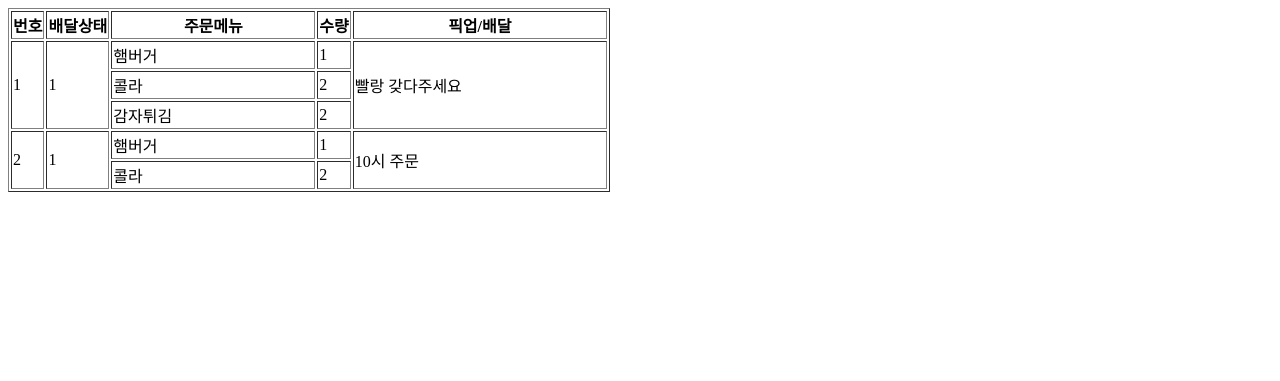
Repository: JeongminHW/Web_study
Page: HTML/myHTML/src/main/webapp/ch03/table3.html
These files come from the project's save history. The page is drawn as it stood at one moment and after the next save; the edit follows.
The browser window is 1280 px wide. The pictures show the whole page.

Above is the page before, as saved 2024-07-09 03:06:23.

### HTML/myHTML/src/main/webapp/ch03/table3.html
<!DOCTYPE html>
<html>
<head>
<meta charset="UTF-8">
<title>Insert title here</title>
</head>
<body>
	<table border="1">
		<tr>
			<th>번호</th>
			<th>배달상태</th>
			<th width=200>주문메뉴</th>
			<th>수량</th>
			<th width=250>픽업/배달</th>
		</tr>
		<tr>
			<td rowspan="3">1</td>
			<td rowspan="3">1</td>
			<td>햄버거</td>
			<td>1</td>
			<td rowspan="3">빨랑 갖다주세요</td>

			<tr>
			<td>콜라</td>
			<td>2</td>
			</tr>

			<tr>
			<td>감자튀김</td>
			<td>2</td>
			</tr>
		</tr>

		<tr>
			<td rowspan="2">2</td>
			<td rowspan="2">1</td>
			<td>햄버거</td>
			<td>1</td>
			<td rowspan="2">10시 주문</td>

			<tr>
			<td>콜라</td>
			<td>2</td>
			</tr>
		</tr>
	</table>
</body>
</html>

After the next save:
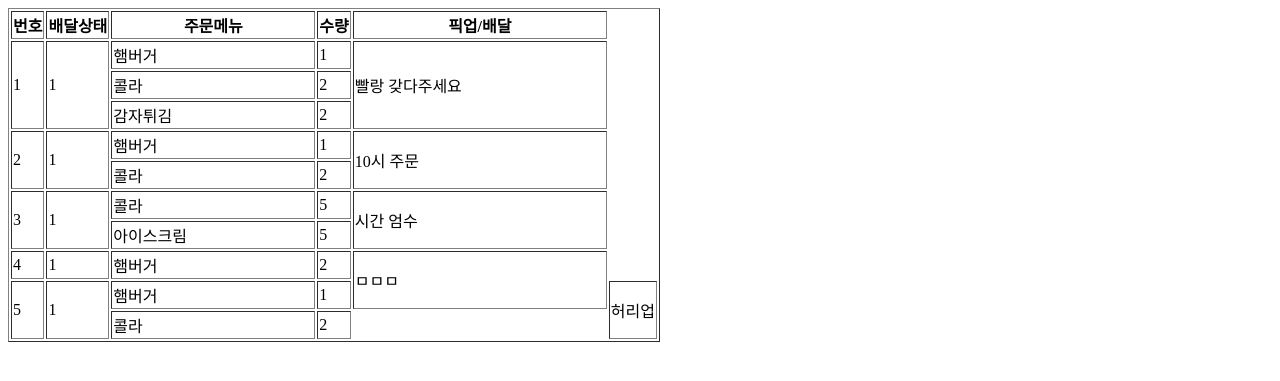
Saved 108 s later.
--- a/HTML/myHTML/src/main/webapp/ch03/table3.html
+++ b/HTML/myHTML/src/main/webapp/ch03/table3.html
@@ -43,6 +43,41 @@
 			<td>2</td>
 			</tr>
 		</tr>
+
+		<tr>
+			<td rowspan="2">3</td>
+			<td rowspan="2">1</td>
+			<td>콜라</td>
+			<td>5</td>
+			<td rowspan="2">시간 엄수</td>
+
+			<tr>
+			<td>아이스크림</td>
+			<td>5</td>
+			</tr>
+		</tr>
+
+		<tr>
+			<td >4</td>
+			<td>1</td>
+			<td>햄버거</td>
+			<td>2</td>
+			<td rowspan="2">ㅁㅁㅁ</td>
+		</tr>
+
+		<tr>
+			<td rowspan="2">5</td>
+			<td rowspan="2">1</td>
+			<td>햄버거</td>
+			<td>1</td>
+			<td rowspan="2">허리업</td>
+
+			<tr>
+			<td>콜라</td>
+			<td>2</td>
+			</tr>
+		</tr>
+
 	</table>
 </body>
 </html>
